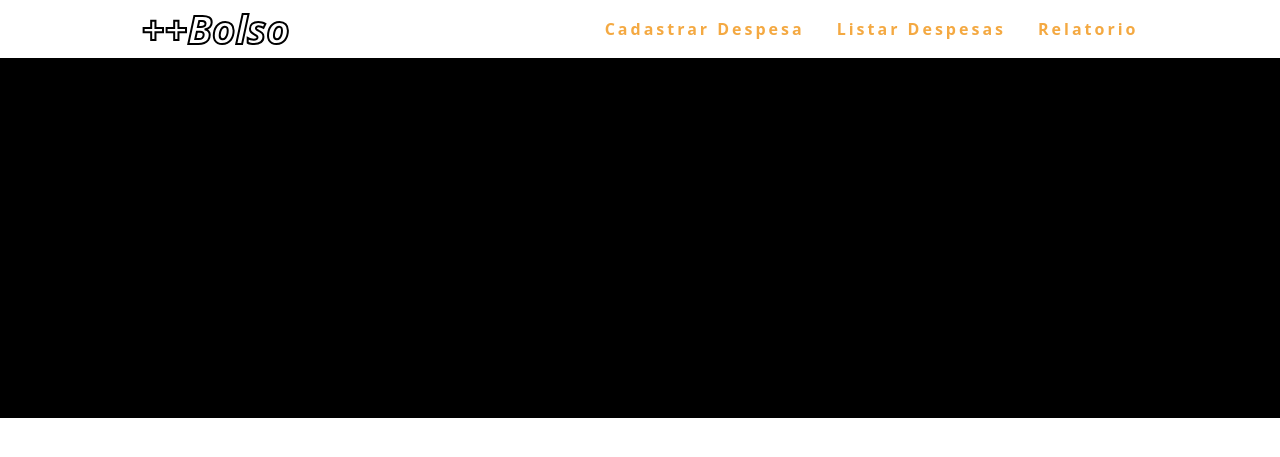
Repository: alexsanderkafka/java-servlets
Page: http://localhost/SaveMoney/listarDespesas.jsp
An editor plug-in stored every save of this project. The page is shown before and after the next save, followed by the edit.
The browser window is 1280 px wide. The pictures show the whole page.
The page is served by Tomcat 9. Nobody is signed in. The application's start-up code is not run.

Above is the page before, as saved 2024-10-07 17:45:51.

After the next save:
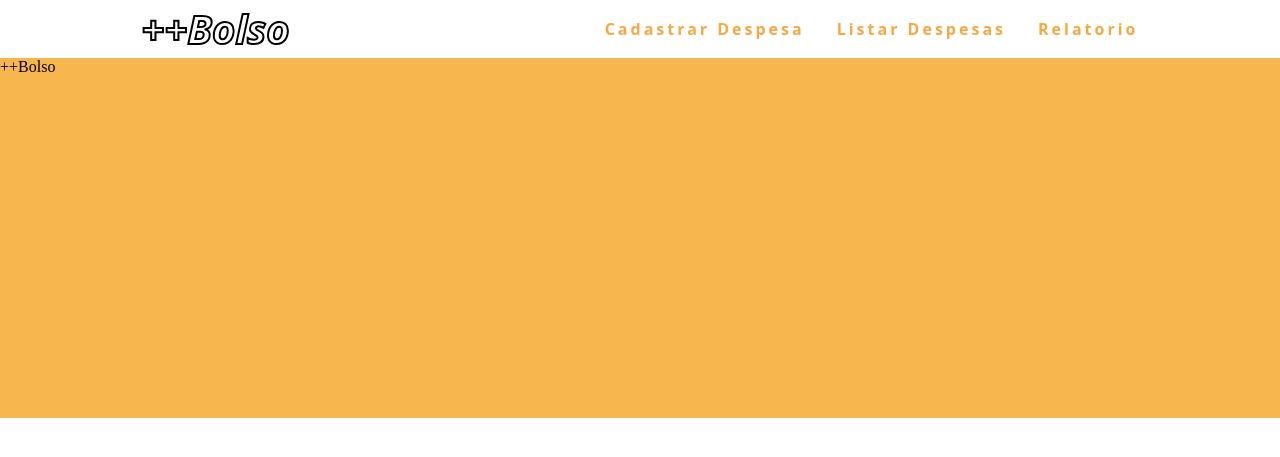
Saved 46 s later.
--- a/SaveMoney/src/main/webapp/styles/style.css
+++ b/SaveMoney/src/main/webapp/styles/style.css
@@ -127,7 +127,7 @@
 .teste{
 	width: 100%;
 	height: 50%;
-	background: #000;
+	background-color: #f7b64e;
 }
 
 /*CSS PAGINA CADASTRO DE DESPESA*/
